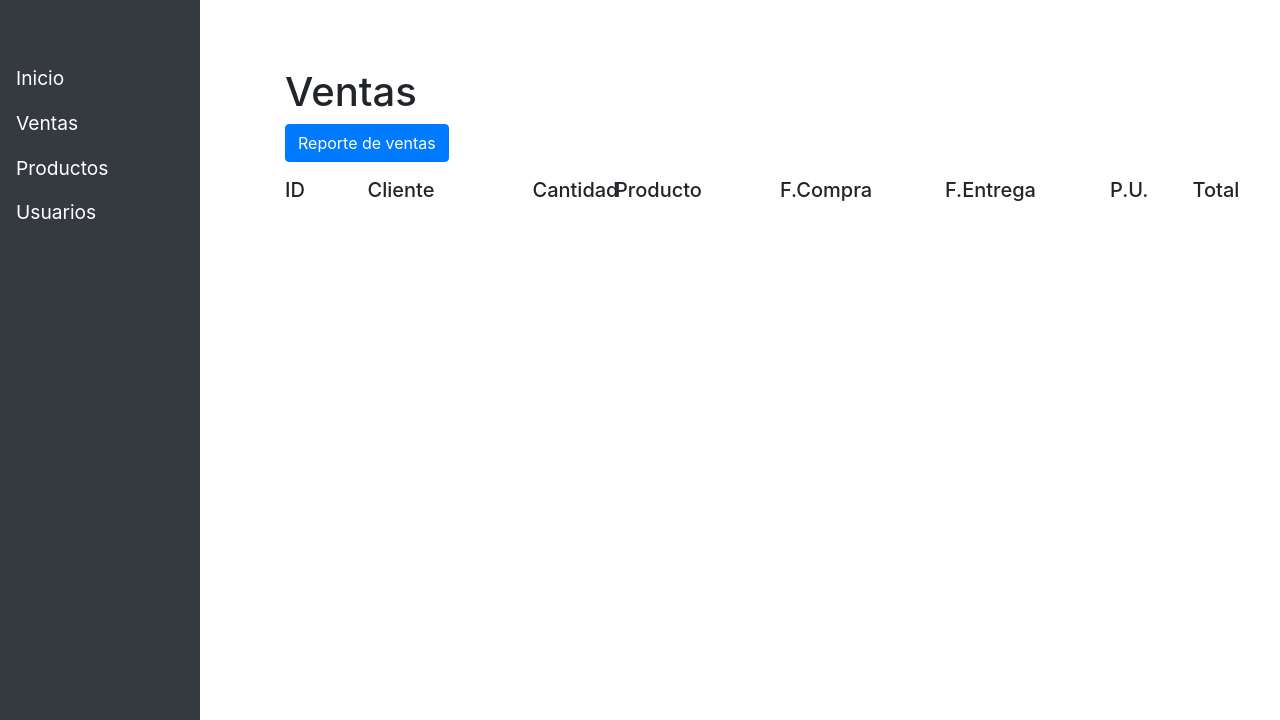
Repository: jfchirinos/ProyectoFinalLPII
Page: http://localhost/ventaList
The author's editor kept a copy of each file at every save. The page is drawn from the files as they stood at one save, then again after the next save.
The browser window is 1280 px wide. The pictures show the whole page.
Some web libraries are served in a nearby version. The page is this project's Thymeleaf template; nobody is signed in. The template is opened directly, without the code that normally fills it, so the values that code supplies are empty.

Above is the page before, as saved 2024-03-09 04:38:26.

### proyecto-final/src/main/resources/templates/ventaList.html
<!DOCTYPE html>
<html lang="en" xmlns:th="http://www.thymeleaf.org">
<head>
    <meta charset="UTF-8">
    <meta name="viewport" content="width=device-width, initial-scale=1.0">
    <title>Lista de Ventas</title>
    <!-- Agregar la referencia a los archivos CSS de Bootstrap (localmente o a través de CDN) -->
    <link rel="stylesheet" href="https://stackpath.bootstrapcdn.com/bootstrap/4.5.2/css/bootstrap.min.css">
    <style>
        .sidebar {
            position: fixed;
            top: 0;
            left: 0;
            height: 100%;
            width: 200px;
            background-color: #343a40;
            padding-top: 56px; /* Ajuste para compensar la altura del navbar */
            z-index: 1;
        }
        .main-content {
            margin-left: 250px; /* Ancho de la barra lateral */
            padding: 20px;
        }
        .navbar-nav {
            flex-direction: column;
        }
        .nav-item a {
		    color: #ffffff;
		    padding-left: 1rem!important;
		    font-size: 1.2rem;
		}
    </style>
</head>
<body>

<div class="sidebar">
    <ul class="navbar-nav">
        <li class="nav-item active">
            <a class="nav-link" href="#">Inicio <span class="sr-only">(current)</span></a>
        </li>
        <li class="nav-item">
            <a class="nav-link" href="/venta/ventas">Ventas</a>
        </li>
        <li class="nav-item">
            <a class="nav-link" href="/producto/productos">Productos</a>
        </li>
        <li class="nav-item">
            <a class="nav-link" href="/usuario/usuarios">Usuarios</a>
        </li>
    </ul>
</div>
<div class="main-content">
    <div class="container mt-5">
        <h1 class="mt-5">Ventas</h1>
        <div class="row mb-3">
        <div class="col-md-12">
            <form action="" method="get">
                <button class="btn btn-primary">Reporte de ventas</button>
            </form>
        </div>
    </div>
        <div class="row">
            <div class="col-md-1">
                <h5>ID</h5>
            </div>
            <div class="col-md-2">
                <h5>Cliente</h5>
            </div>
            <div class="col-md-1">
                <h5>Cantidad</h5>
            </div>
            <div class="col-md-2">
                <h5>Producto</h5>
            </div>
            <div class="col-md-2">
                <h5>F.Compra</h5>
            </div>
            <div class="col-md-2">
                <h5>F.Entrega</h5>
            </div>
            <div class="col-md-1">
                <h5>P.U.</h5>
            </div>
            <div class="col-md-1">
                <h5>Total</h5>
            </div>
        </div>
        <div class="list-group">
            <!-- Iterar sobre la lista de ventas y mostrar cada una -->
            <div th:each="venta : ${ventas}" class="list-group-item">
                <div class="row">
                    <div class="col-md-1" th:text="${venta.idventas}"></div>
                    <div class="col-md-2" th:text="${venta.cliente}"></div>
                    <div class="col-md-1" th:text="${venta.cantidad}"></div>
                    <div class="col-md-2" th:text="${venta.producto}"></div>
                    <div class="col-md-2" th:text="${#dates.format(venta.fechacompra, 'yyyy-MM-dd')}"></div>
                    <div class="col-md-2" th:text="${#dates.format(venta.fechaentrega, 'yyyy-MM-dd')}"></div>
                    <div class="col-md-1" th:text="${venta.precio}"></div>
                    <div class="col-md-1" th:text="${venta.total}"></div>
                </div>
            </div>
        </div>
    </div>
</div>

<script src="https://code.jquery.com/jquery-3.5.1.slim.min.js"></script>
<script src="https://cdn.jsdelivr.net/npm/@popperjs/core@2.5.4/dist/umd/popper.min.js"></script>
<script src="https://stackpath.bootstrapcdn.com/bootstrap/4.5.2/js/bootstrap.min.js"></script>
</body>
</html>

After the next save:
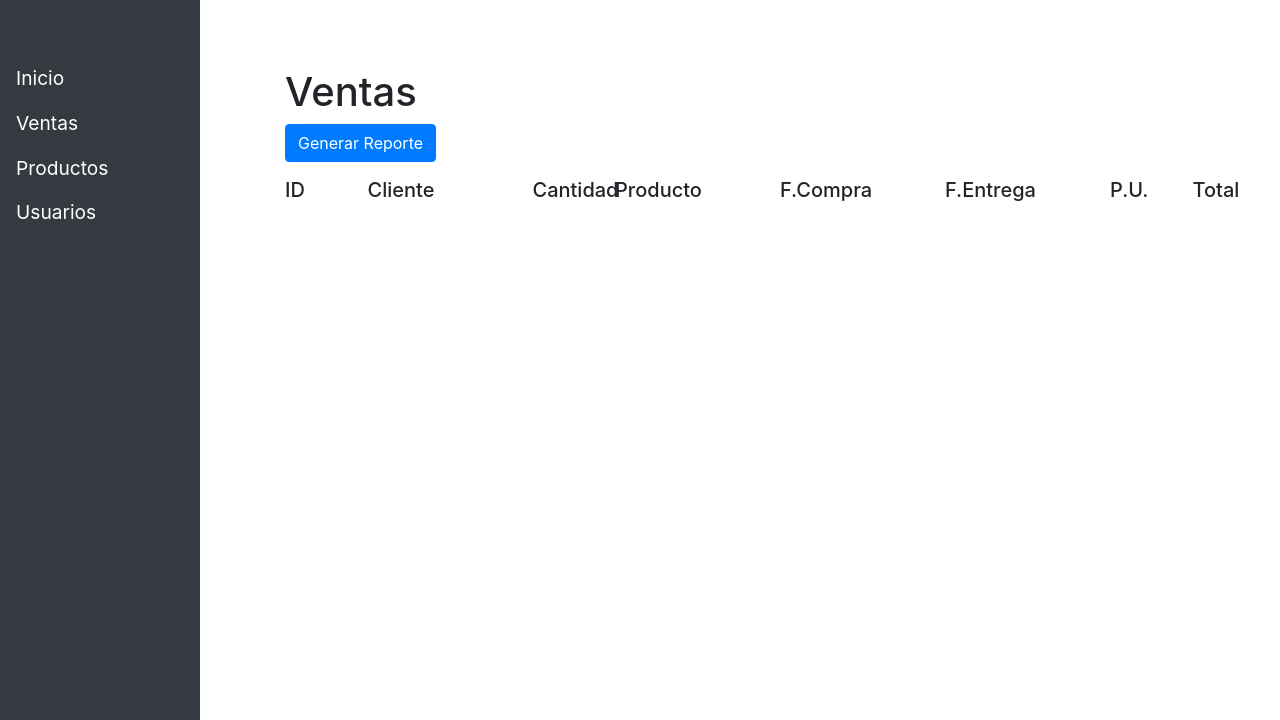
Saved 65 s later.
--- a/proyecto-final/src/main/resources/templates/ventaList.html
+++ b/proyecto-final/src/main/resources/templates/ventaList.html
@@ -55,7 +55,7 @@
         <div class="row mb-3">
         <div class="col-md-12">
             <form action="" method="get">
-                <button class="btn btn-primary">Reporte de ventas</button>
+                <button id="generarReporte" class="btn btn-primary">Generar Reporte</button>
             </form>
         </div>
     </div>
